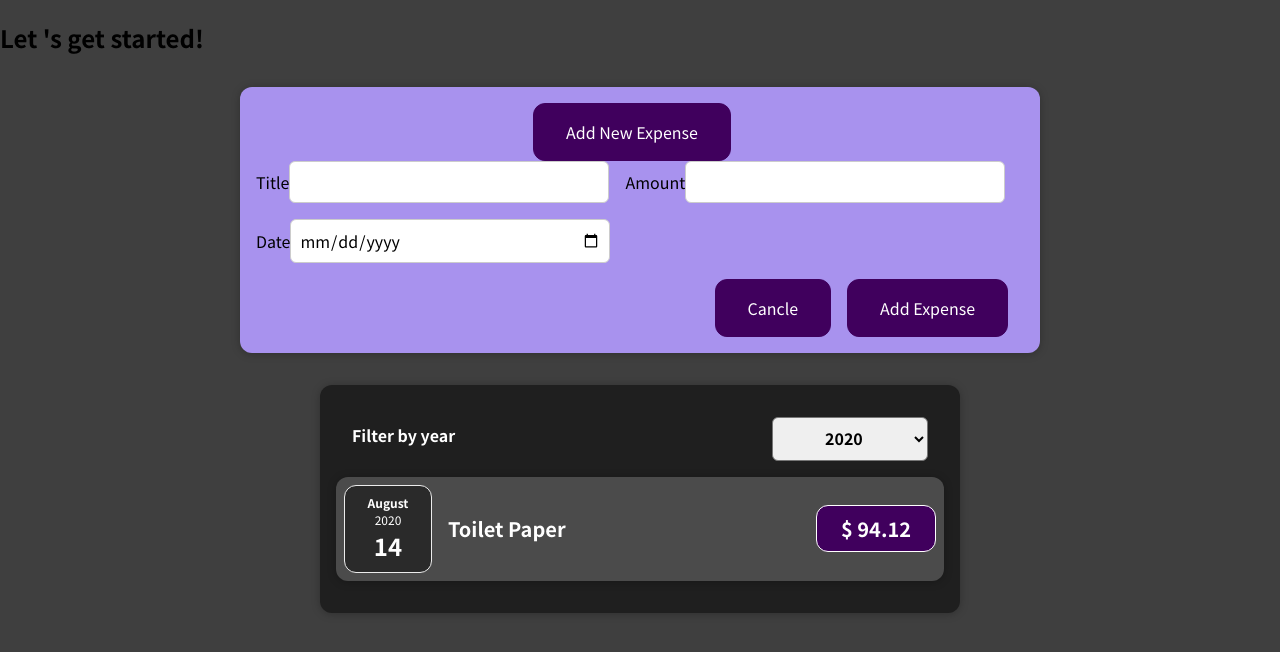
Repository: prathmeshgodbole/react-complete
Page: /, after clicking the first element matching `button`
These files come from the project's save history. The page is drawn as it stood at one moment and after a run of saves; the edit follows.
The browser window is 1280 px wide. The pictures show the whole page.
The project was rebuilt for these pictures with package versions that can differ from the ones it lists, and the page was loaded fresh each time.

Above is the page before, as saved 2021-07-06 17:24:01.

After the next 14 saves:
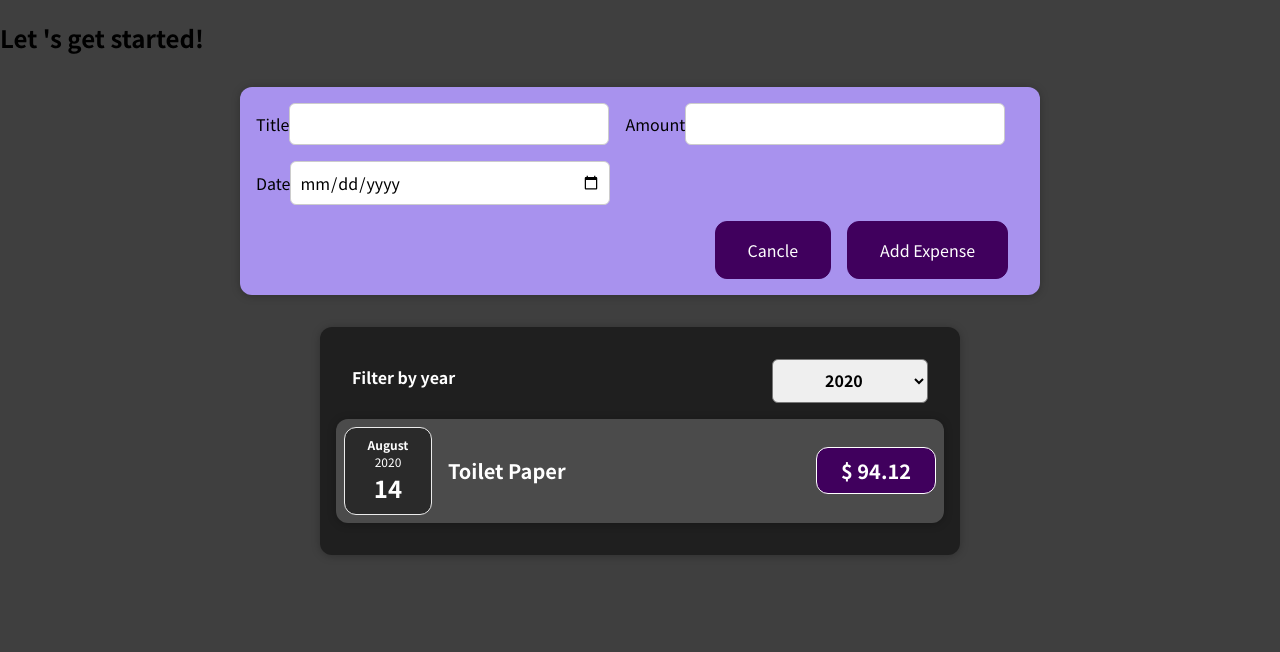
The 14 saves are shown as one change because 3 did not build or start and some came seconds apart.
The last was saved 103 s later.
--- a/src/components/NewExpense/NewExpense.js
+++ b/src/components/NewExpense/NewExpense.js
@@ -16,8 +16,8 @@ const NewExpense = (props) => {
   };
   return (
     <div className="new-expense">
-      {<button onClick={startEditingHandler}>Add New Expense</button>}
-      <ExpenseForm onSaveExpenseData={saveExpenseDataHandler} />
+      {!isEditing && <button onClick={startEditingHandler}>Add New Expense</button>}
+     {isEditing && <ExpenseForm onSaveExpenseData={saveExpenseDataHandler} />}
     </div>
   );
 };
